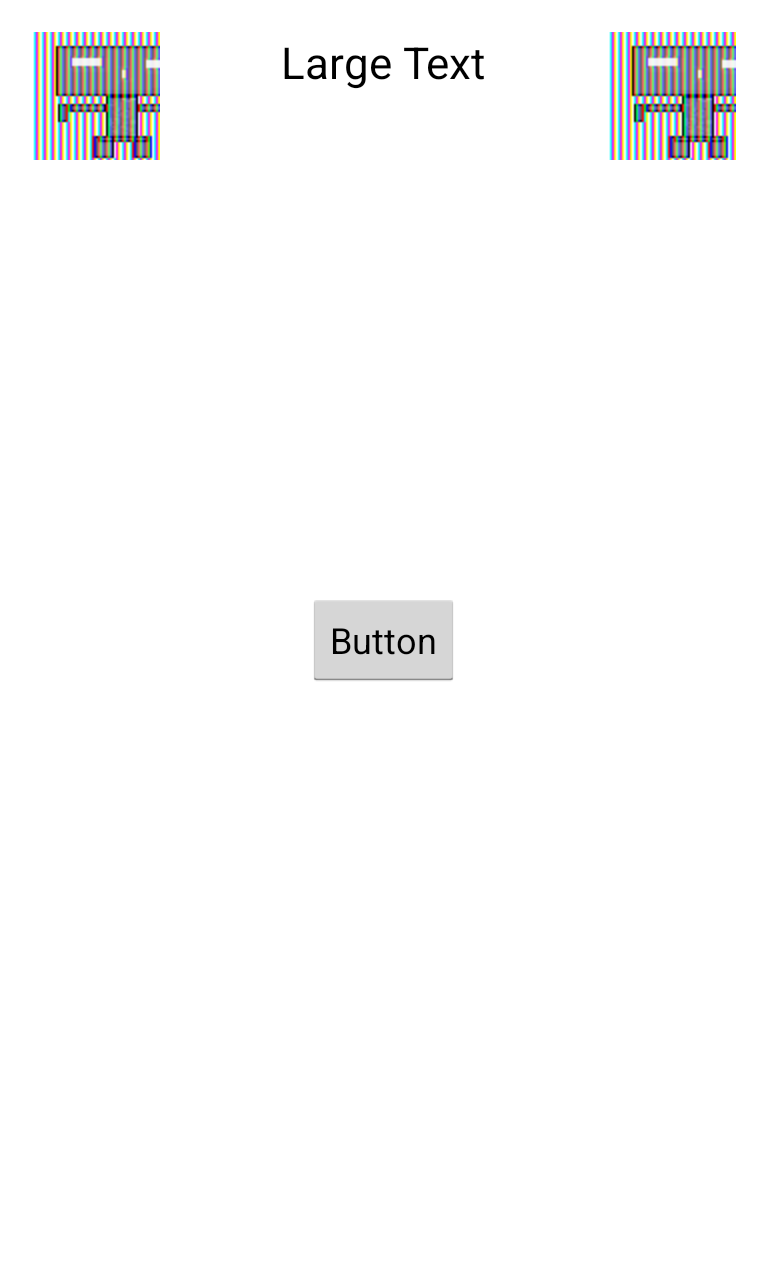
Repository: Darksshades/Android-Apps
Layout: 00 - HelloWorld/res/layout/activity_hello_world.xml
These files come from the project's save history. The layout is drawn as it stood at one moment and after the next save; the edit follows.
It is drawn on a 768 x 1280 px phone screen (xhdpi) without system bars, with theme AppTheme; the app's code is not run.

Above is the layout before, as saved 2014-02-09 04:00:16.

### 00 - HelloWorld/res/layout/activity_hello_world.xml
<GridLayout xmlns:android="http://schemas.android.com/apk/res/android"
    xmlns:tools="http://schemas.android.com/tools"
    android:id="@+id/GridLayout1"
    android:layout_width="match_parent"
    android:layout_height="match_parent"
    android:columnCount="1"
    android:paddingBottom="@dimen/activity_vertical_margin"
    android:paddingLeft="@dimen/activity_horizontal_margin"
    android:paddingRight="@dimen/activity_horizontal_margin"
    android:paddingTop="@dimen/activity_vertical_margin"
    tools:context=".HelloWorldActivity" >

    <ImageView
        android:id="@+id/imageView1"
        android:layout_column="0"
        android:layout_gravity="left|top"
        android:layout_row="0"
        android:src="@drawable/droidz" />

    <ImageView
        android:id="@+id/imageView2"
        android:layout_column="0"
        android:layout_gravity="right|top"
        android:layout_row="0"
        android:src="@drawable/droidz" />

    <TextView
        android:id="@+id/textView1"
        android:layout_column="0"
        android:layout_gravity="center_horizontal|top"
        android:layout_row="0"
        android:text="Large Text"
        android:textAppearance="?android:attr/textAppearanceLarge" />

    <Button
        android:id="@+id/button1"
        android:layout_column="0"
        android:layout_gravity="center"
        android:layout_row="0"
        android:text="Button" />

</GridLayout>

Loaded but not shown: 00 - HelloWorld/res/values/styles.xml (common file); 00 - HelloWorld/res/values-v11/styles.xml (common file); 00 - HelloWorld/res/values-v14/styles.xml (common file); 00 - HelloWorld/res/values/dimens.xml (common file)

After the next save:
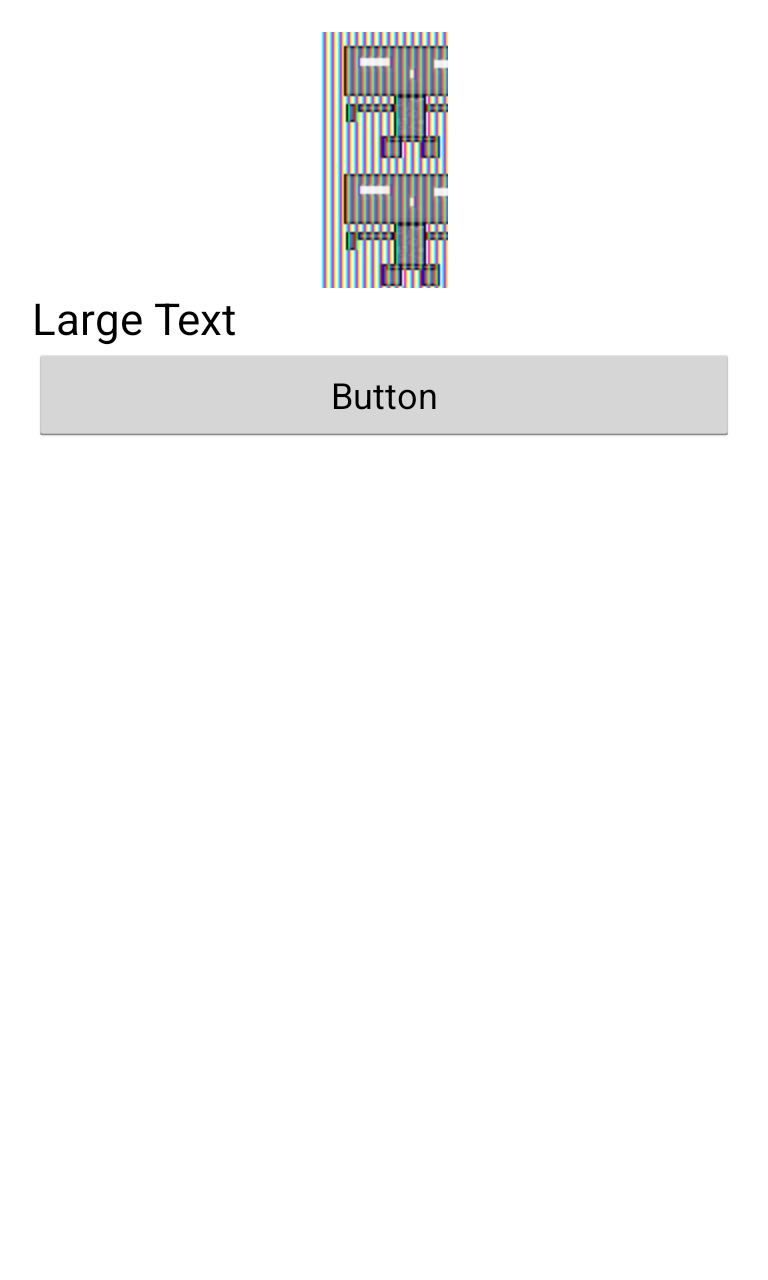
Saved 25 s later.
--- a/00 - HelloWorld/res/layout/activity_hello_world.xml
+++ b/00 - HelloWorld/res/layout/activity_hello_world.xml
@@ -1,9 +1,8 @@
-<GridLayout xmlns:android="http://schemas.android.com/apk/res/android"
+<TableLayout xmlns:android="http://schemas.android.com/apk/res/android"
     xmlns:tools="http://schemas.android.com/tools"
-    android:id="@+id/GridLayout1"
+    android:id="@+id/TableLayout1"
     android:layout_width="match_parent"
     android:layout_height="match_parent"
-    android:columnCount="1"
     android:paddingBottom="@dimen/activity_vertical_margin"
     android:paddingLeft="@dimen/activity_horizontal_margin"
     android:paddingRight="@dimen/activity_horizontal_margin"
@@ -12,31 +11,31 @@
 
     <ImageView
         android:id="@+id/imageView1"
-        android:layout_column="0"
+        android:layout_width="wrap_content"
+        android:layout_height="wrap_content"
         android:layout_gravity="left|top"
-        android:layout_row="0"
         android:src="@drawable/droidz" />
 
     <ImageView
         android:id="@+id/imageView2"
-        android:layout_column="0"
+        android:layout_width="wrap_content"
+        android:layout_height="wrap_content"
         android:layout_gravity="right|top"
-        android:layout_row="0"
         android:src="@drawable/droidz" />
 
     <TextView
         android:id="@+id/textView1"
-        android:layout_column="0"
+        android:layout_width="wrap_content"
+        android:layout_height="wrap_content"
         android:layout_gravity="center_horizontal|top"
-        android:layout_row="0"
         android:text="Large Text"
         android:textAppearance="?android:attr/textAppearanceLarge" />
 
     <Button
         android:id="@+id/button1"
-        android:layout_column="0"
+        android:layout_width="wrap_content"
+        android:layout_height="wrap_content"
         android:layout_gravity="center"
-        android:layout_row="0"
         android:text="Button" />
 
-</GridLayout>
+</TableLayout>
